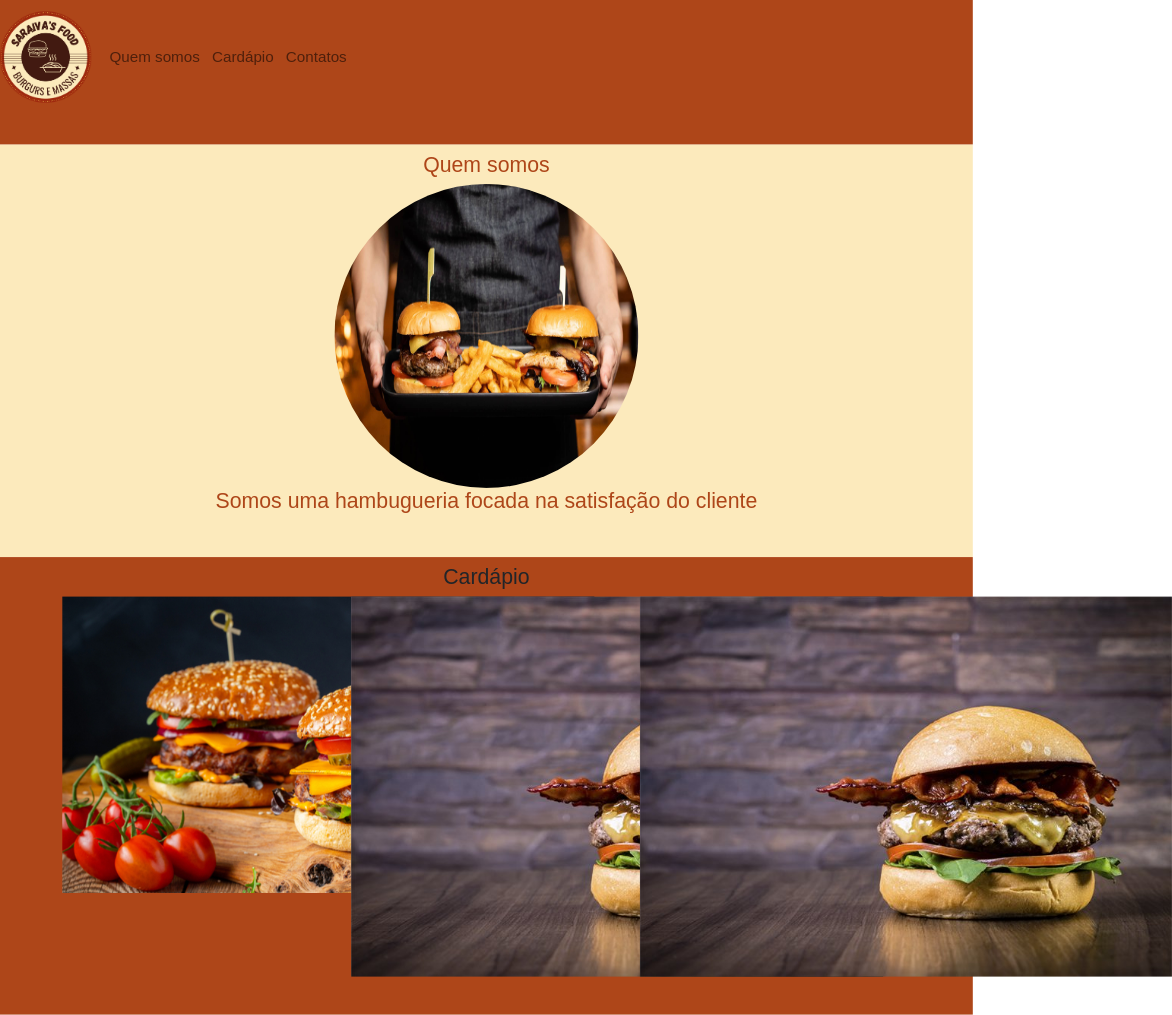
Repository: Tuanemendes/curso_bootstrap
Page: projeto1/index.html
The author's editor kept a copy of each file at every save. The page is drawn from the files as they stood at one save, then again after the next save.
The browser window is 1280 px wide. The page is 1542 px wide, so the pictures cover 1542 px, including what lies to the right of the window. The pictures show the whole page, at 76% of full size.

Above is the page before, as saved 2022-04-04 17:08:28.

### projeto1/index.html
<!DOCTYPE html>
<html lang="pt-br">

<head>
    <title>Saraiva's</title>
    <meta charset="utf-8">
     <link href="https://cdn.jsdelivr.net/npm/bootstrap@5.1.3/dist/css/bootstrap.min.css" rel="stylesheet" integrity="sha384-1BmE4kWBq78iYhFldvKuhfTAU6auU8tT94WrHftjDbrCEXSU1oBoqyl2QvZ6jIW3" crossorigin="anonymous">
        <link rel=" stylesheet" type="text/css" href="/css/style.css">
</head>

<body>
    <nav class="navbar navbar-expand-lg navbar-light margin">
        <a class="navbar-brand" href="#">
            <img src="/img/saraivasfood.png" alt="logo" width="120" height="120">
        </a>
        <div class="collapse navbar-collapse">
            <ul class="navbar-nav">
                <li class="nav-item">
                    <a class="nav-link " href="#"> Quem somos </a>
                </li>
                <li class="nav-item">
                    <a class="nav-link " href="#"> Cardápio </a>
                </li>
                <li class="nav-item">
                    <a class="nav-link " href="#"> Contatos </a>
                </li>
            </ul>
        </div>
    </nav>

    <section id="quemsomos">
        <div class="container-fluid quem-somos text-center margin">
                <h3>Quem somos</h3>
                <img src="/img/FICHA-TECNICA-PARA-HAMBURGUERIA-DICA.jpg" class="rounded-circle" alt="burgueria" width="400" height="400">
                <h3>Somos uma hambugueria  focada na satisfação do cliente</h3>
        </div>
    </section>
    <section id="cardapio">
        <div class="container-fluid text-center margin cardapio">
           <h3>Cardápio</h3>
            <div class="container">
                <div class="row">
                    <div class="col-md-4">
                         <img src="/img/dia_do_hamburguer_EPA_0.jpg" alt="">

                    </div>
                    <div class="col-md-4">
                        <img src="/img/como-montar-uma-hamburgueria.jpg" alt="">

                    </div>
                    <div class="col-md-4">
                        <img src="/img/como-montar-uma-hamburgueria.jpg" alt="">

                    </div>
                </div>
            </div>
        </div>
    </section>

</body>

</html>

### css/style.css
body{
  font: 20px Arial,sans-serif;
}

.navbar{
    background-color: #ae4619;

}
.quem-somos{
    background-color: #fceabc;
    color: #ae4619;

}
.margin{
    padding-bottom: 50px;
    padding-top: 10px;

}
.cardapio{
    background-color: #ae4619;

}

After the next save:
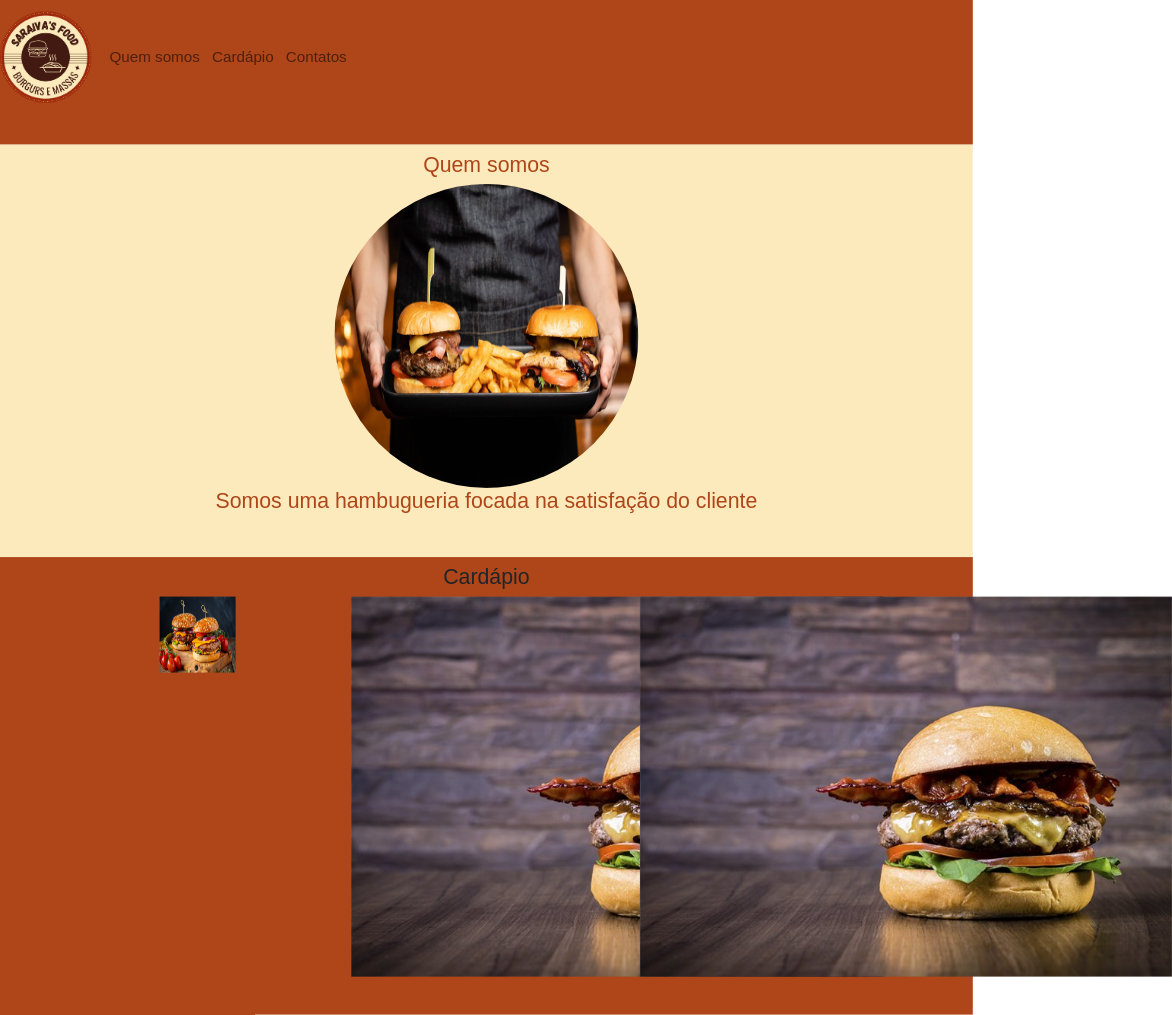
Saved 45 s later.
--- a/projeto1/index.html
+++ b/projeto1/index.html
@@ -41,7 +41,7 @@
             <div class="container">
                 <div class="row">
                     <div class="col-md-4">
-                         <img src="/img/dia_do_hamburguer_EPA_0.jpg" alt="">
+                         <img src="/img/dia_do_hamburguer_EPA_0.jpg" alt="" width="100px" height="100px" >
 
                     </div>
                     <div class="col-md-4">
